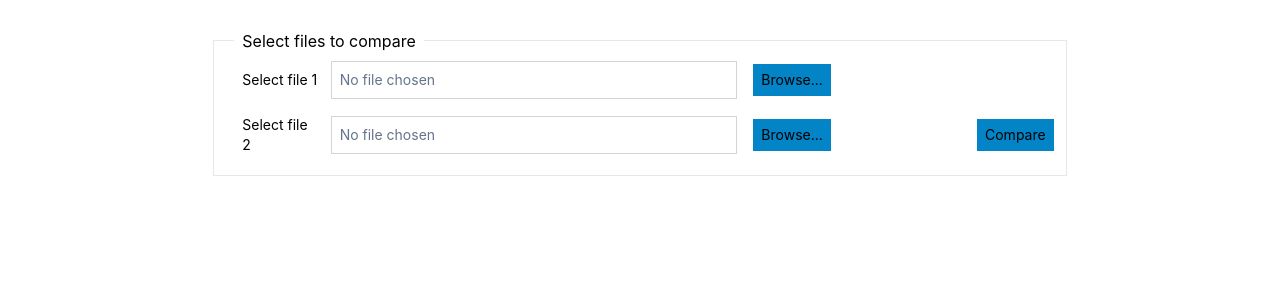
Repository: chionye/paymentology-front
Page: /
These files come from the project's save history. The page is drawn as it stood at one moment and after the next save; the edit follows.
The browser window is 1280 px wide. The pictures show the whole page.
The project was rebuilt for these pictures with package versions that can differ from the ones it lists, and the page was loaded fresh each time.

Above is the page before, as saved 2022-03-16 13:28:55.

### src/index.css
@tailwind base;
@tailwind components;
@tailwind utilities;

body {
  margin: 0;
  font-family: -apple-system, BlinkMacSystemFont, 'Segoe UI', 'Roboto', 'Oxygen',
    'Ubuntu', 'Cantarell', 'Fira Sans', 'Droid Sans', 'Helvetica Neue',
    sans-serif;
  -webkit-font-smoothing: antialiased;
  -moz-osx-font-smoothing: grayscale;
}

input[type=file] {
  -webkit-appearance: none;
  position: relative;
  -webkit-box-sizing: border-box;
   }
   input[type=file]::-webkit-file-upload-button {
  width: 0;
  padding: 0;
  margin: 0;
  -webkit-appearance: none;
  border: none;
   }
   /* "x::-webkit-file-upload-button" forces the rules to only apply to browsers that support this pseudo-element */

### src/App.js
import Section from "./components/Section";

function App() {
  return (
    <Section title={"Select files to compare"} />
  );
}

export default App;

### src/components/Section.js
import Button from "./Button";
import InputFile from "./InputFile";

const Section = (props) => {
    return(
        <div className="relative w-4/6 h-auto p-3 border border-1 border-gray mx-auto my-10">
            <div className="absolute -top-3 left-5 bg-white px-2">{props.title}</div>
            <InputFile file={"Select file 1"} />
            <div className="flex flex-row items-center justify-between">
                <InputFile file={"Select file 2"} />
                <Button label={"Compare"} />
            </div>

        </div>
    )
}

export default Section;

### src/components/Button.js
const Button = (props) => {
    return <button className="ml-1 bg-sky-600 hover:bg-sky-700 py-1 h-8 px-2 text-sm ">{props.label}</button>
}

export default Button;

### src/components/InputFile.js
import Button from "./Button";
const InputFile = (props) => {
    return(
        <div className="flex flex-row w-full md:w-3/4 items-center text-sm my-2 px-4">
            <label className="w-28">{props.file}</label>

            <input type="file"
                className="block w-full mx-3 appearance-none border border-1 border-gray-300 p-2  text-slate-500
                file:mr-4 file:py-2 file:px-4
                file:rounded-full file:border-0
                file:text-sm file:font-semibold
                file:bg-violet-50 file:text-violet-700
                hover:file:bg-violet-100 file:text-red-600
                "/>

            <Button label={"Browse..."} />
        </div>
    )
}

export default InputFile;

Loaded but not shown: public/index.html (common file); src/index.js (common file); src/reportWebVitals.js (common file); tailwind.config.js (common file)

After the next save:
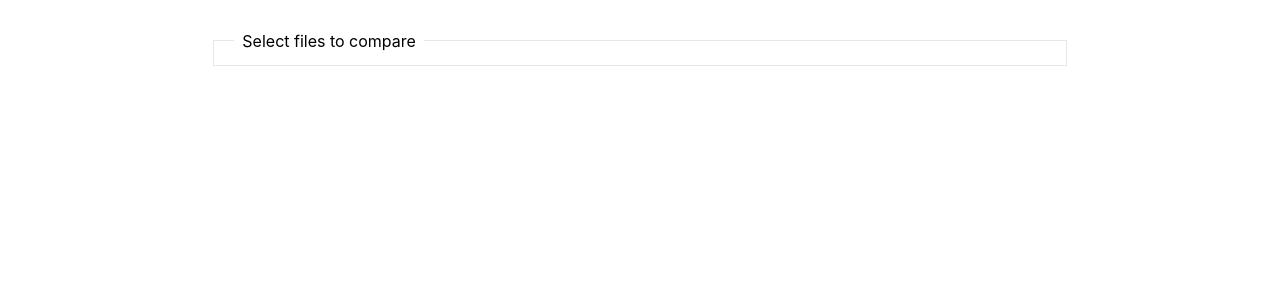
Saved 9 s later.
--- a/src/components/Section.js
+++ b/src/components/Section.js
@@ -5,11 +5,7 @@ const Section = (props) => {
     return(
         <div className="relative w-4/6 h-auto p-3 border border-1 border-gray mx-auto my-10">
             <div className="absolute -top-3 left-5 bg-white px-2">{props.title}</div>
-            <InputFile file={"Select file 1"} />
-            <div className="flex flex-row items-center justify-between">
-                <InputFile file={"Select file 2"} />
-                <Button label={"Compare"} />
-            </div>
+
 
         </div>
     )
